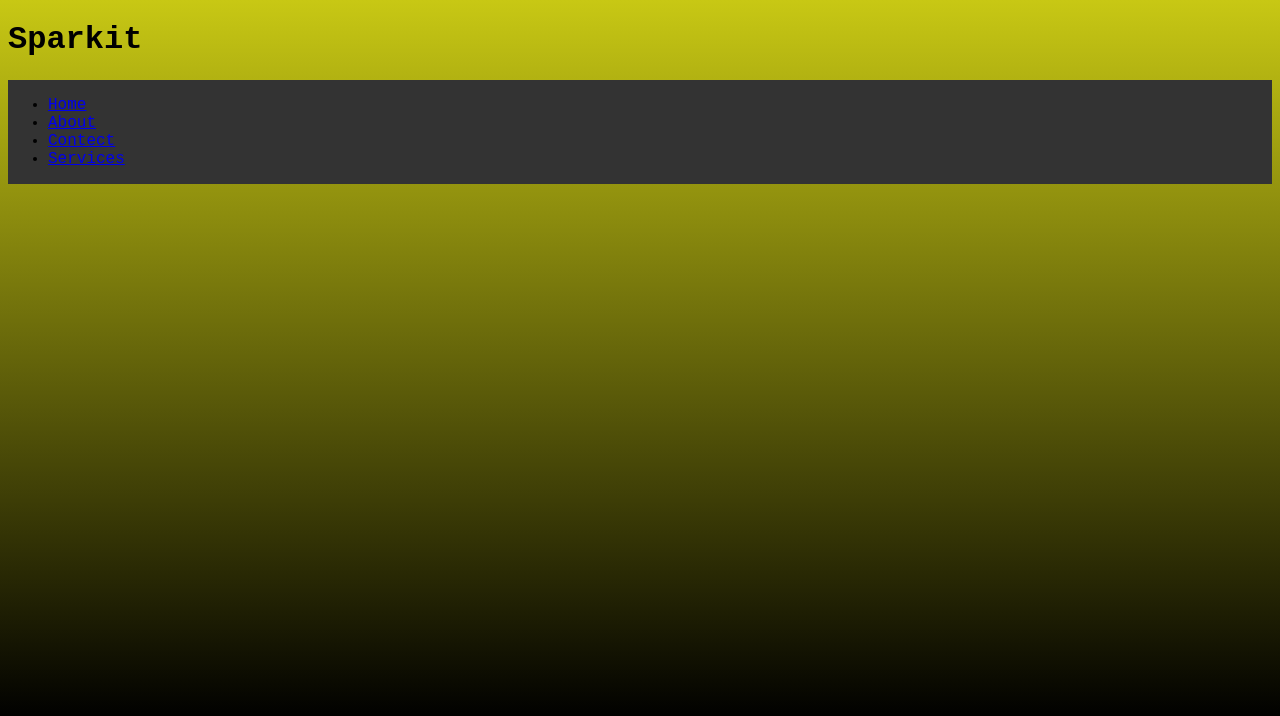
Repository: Haakim19/WebDevelopment
Page: DemoWebPage/Main.html
An editor plug-in stored every save of this project. The page is shown before and after the next save, followed by the edit.
The browser window is 1280 px wide. The pictures show the whole page.

Above is the page before, as saved 2024-10-10 12:02:25.

### DemoWebPage/Main.html
<!DOCTYPE html>
<html lang="en">
<head>
    <meta charset="UTF-8">
    <meta name="viewport" content="width=device-width, initial-scale=1.0">
    <link rel="stylesheet" href="Main.css">
    <title>Sparkit</title>
</head>
<body>
    <div class="header">
        <h1>Sparkit</h1>
        <div class="header-top-right">
            <ul>
                <li><a href="Main.html">Home</a></li>
                <li><a href="About.html">About</a></li>
                <li><a href="Contect.html">Contect</a></li>
                <li><a href="Services.html">Services</a></li>
            </ul>
        </div>
        <div class="header-top-left">

        </div>
    </div>
    <div class="middle"></div>
    <div class="left"></div>
    <div class="right"></div>
    <div class="footer"></div>
    <script src="Main.js"></script>
</body>
</html>

### DemoWebPage/Main.css
body{
    font-family: 'Courier New', Courier, monospace;
    background:linear-gradient(#c8c814,#000000);
    background-repeat: no-repeat;
    background-attachment: fixed;

}
.header-top-right{
    list-style-type: none;
    margin: 0;
    padding: 0;
    overflow: hidden;
    background-color: #333;
    /* display: inline; */
}

Loaded but not shown: DemoWebPage/Main.js (no stored copy; drawn as an empty file)

After the next save:
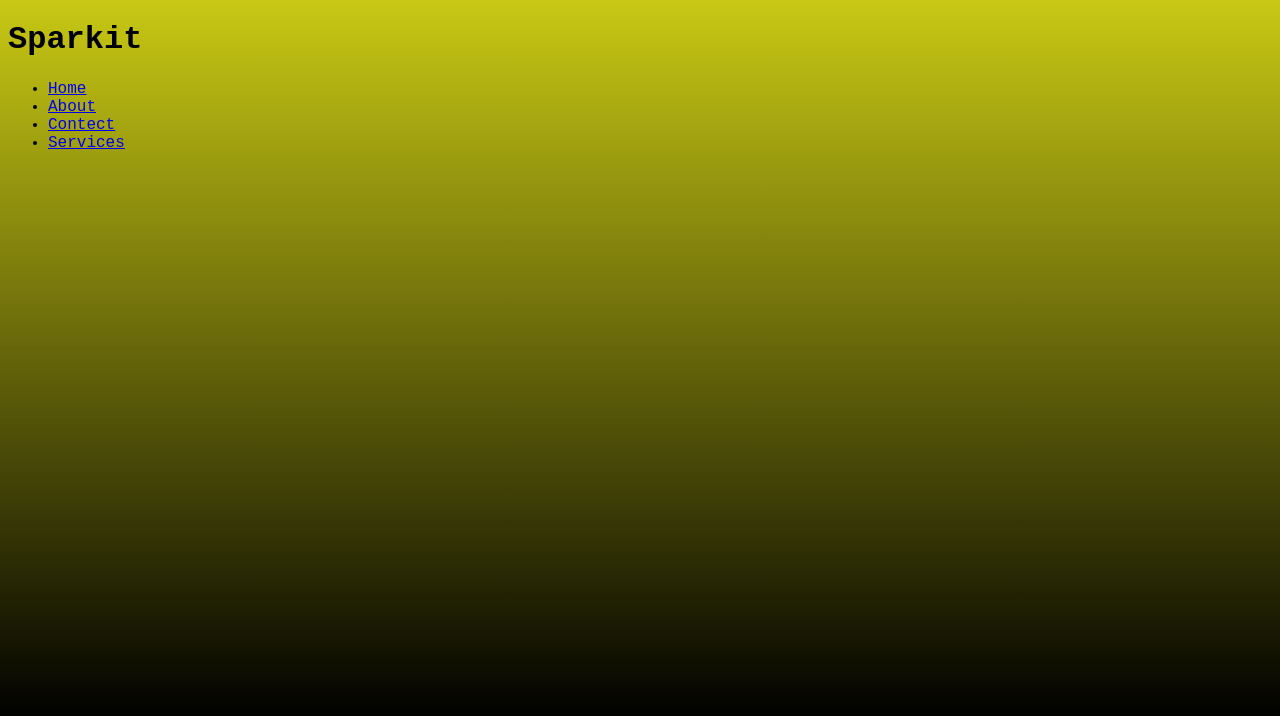
Saved 5 s later.
--- a/DemoWebPage/Main.css
+++ b/DemoWebPage/Main.css
@@ -11,5 +11,5 @@
     padding: 0;
     overflow: hidden;
     background-color: #333;
-    /* display: inline; */
+    display: inline;
 }

After the save that followed:
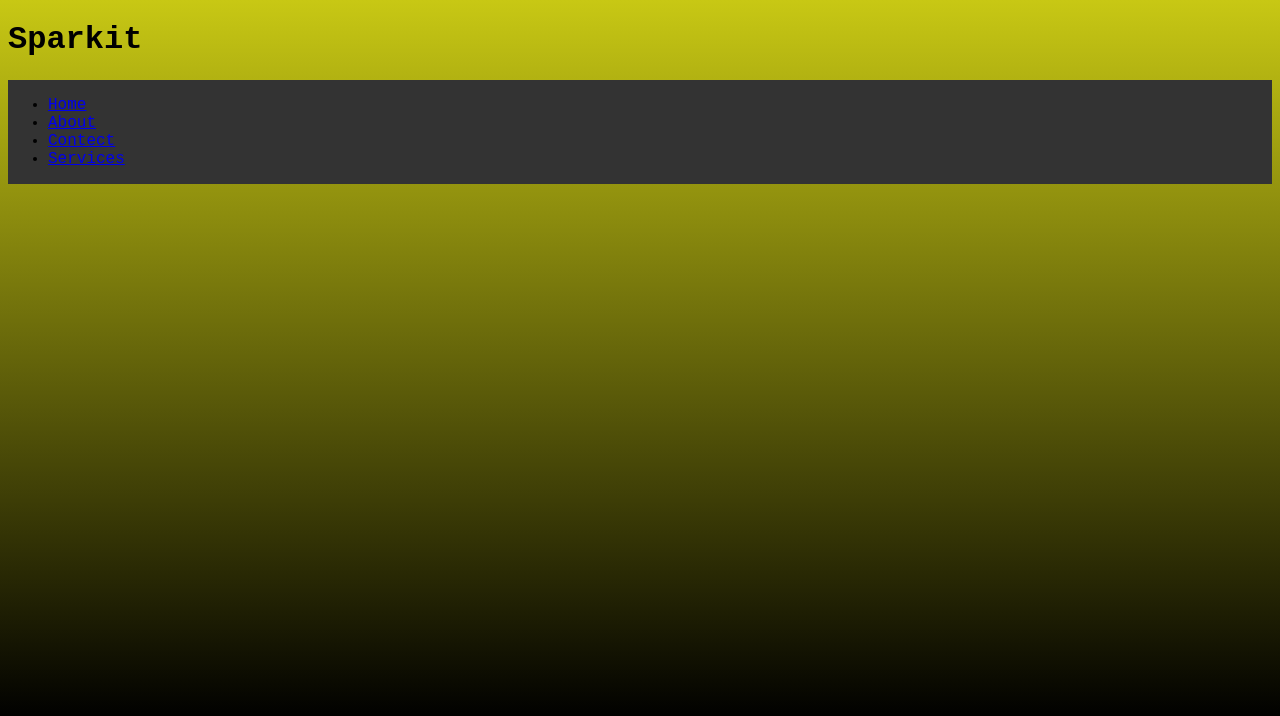
Saved 25 s later.
--- a/DemoWebPage/Main.css
+++ b/DemoWebPage/Main.css
@@ -11,5 +11,5 @@
     padding: 0;
     overflow: hidden;
     background-color: #333;
-    display: inline;
+    display: flex;
 }
